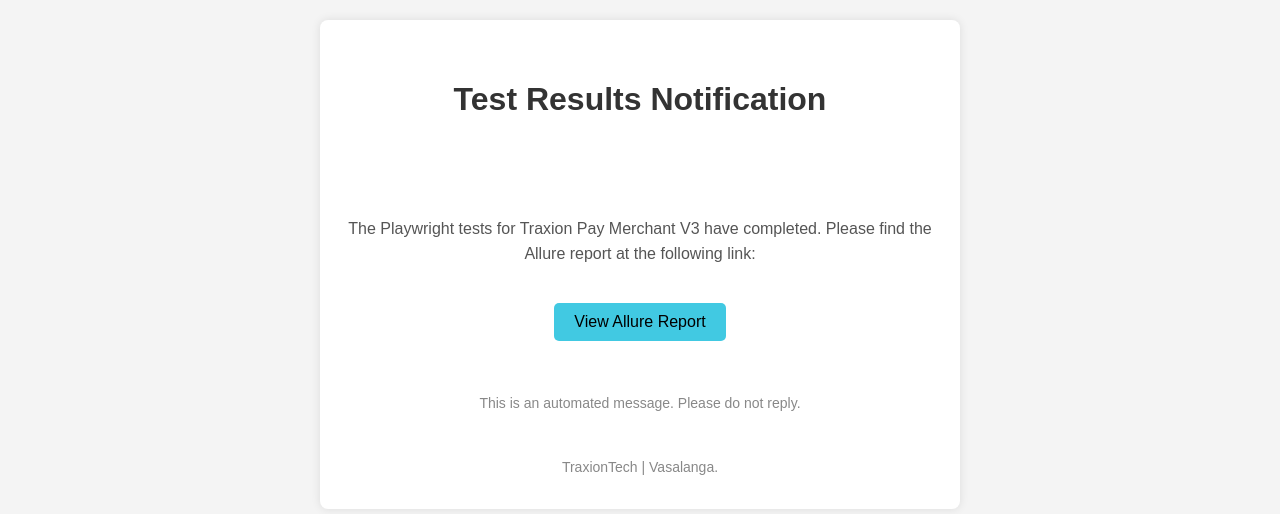
Repository: jmendozaqa24/TraxionPay-V3
Page: template.html
These files come from the project's save history. The page is drawn as it stood at one moment and after the next save; the edit follows.
The browser window is 1280 px wide. The pictures show the whole page.

Above is the page before, as saved 2025-01-31 10:00:31.

After the next save:
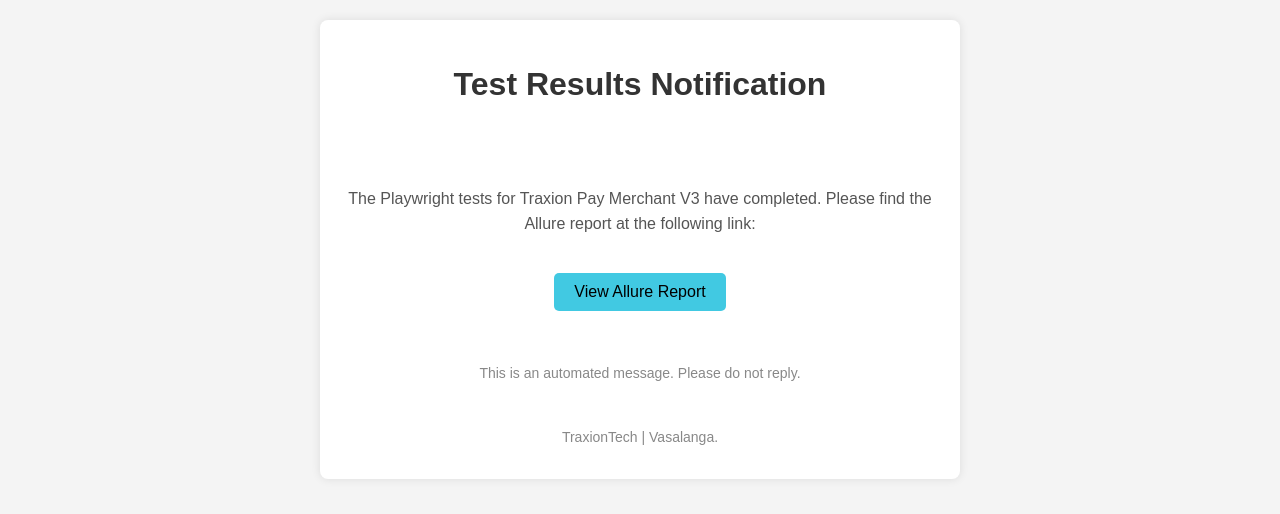
Saved 9 s later.
--- a/template.html
+++ b/template.html
@@ -8,7 +8,7 @@
             <body style="font-family: Arial, sans-serif; background-color: #f4f4f4; margin: 5; padding: 5;">
                 <div style="max-width: 600px; margin: 20px auto; background-color: #ffffff; padding: 20px; border-radius: 8px; box-shadow: 0 0 10px rgba(0, 0, 0, 0.1);">
                     <div style="text-align: center; padding-bottom: 20px;">
-                        <h1 style="color: #333333; margin: 5; padding: 20px 0; ">Test Results Notification</h1>
+                        <h1 style="color: #333333; margin: 5; padding: 5px 0; ">Test Results Notification</h1>
                     </div>
                     <div style="text-align: center; padding: 20px 0;">
                         <p style="color: #555555; font-size: 16px; line-height: 1.6;">
